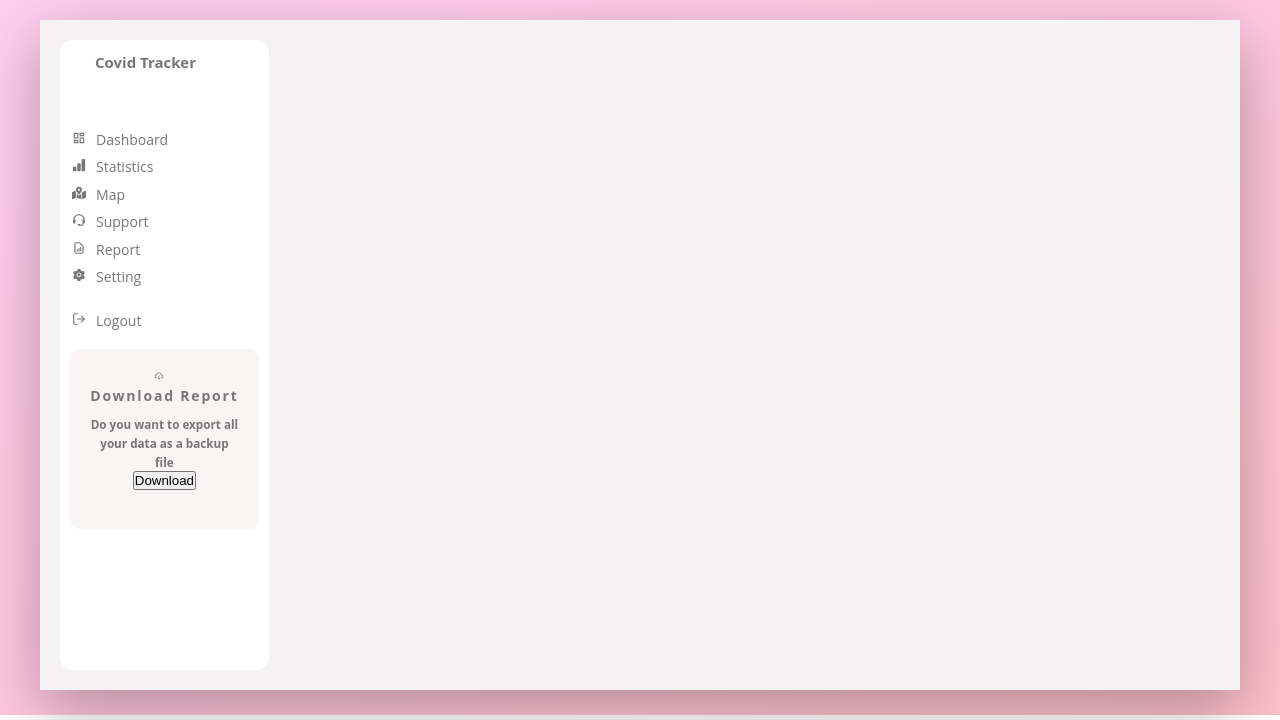
Repository: okidijimmy200/CovidAdminTracker
Page: /
The author's editor kept a copy of each file at every save. The page is drawn from the files as they stood at one save, then again after the next save.
The browser window is 1280 px wide. The pictures show the whole page.
The project was rebuilt for these pictures with package versions that can differ from the ones it lists, and the page was loaded fresh each time.

Above is the page before, as saved 2022-06-16 13:00:50.

### public/index.html
<!DOCTYPE html>
<html lang="en">
  <head>
    <meta charset="utf-8" />
    <link rel="icon" href="%PUBLIC_URL%/favicon.ico" />
    <meta name="viewport" content="width=device-width, initial-scale=1" />
    <meta name="theme-color" content="#000000" />
    <meta
      name="description"
      content="Web site created using create-react-app"
    />
    <link rel="apple-touch-icon" href="%PUBLIC_URL%/logo192.png" />
    <!--
      manifest.json provides metadata used when your web app is installed on a
      user's mobile device or desktop. See https://developers.google.com/web/fundamentals/web-app-manifest/
    -->
    <link rel="manifest" href="%PUBLIC_URL%/manifest.json" />
    <!--
      Notice the use of %PUBLIC_URL% in the tags above.
      It will be replaced with the URL of the `public` folder during the build.
      Only files inside the `public` folder can be referenced from the HTML.

      Unlike "/favicon.ico" or "favicon.ico", "%PUBLIC_URL%/favicon.ico" will
      work correctly both with client-side routing and a non-root public URL.
      Learn how to configure a non-root public URL by running `npm run build`.
    -->
    <title>Covid Admin Tracker</title>
  </head>
  <body>
    <noscript>You need to enable JavaScript to run this app.</noscript>
    <div id="root"></div>
    <!--
      This HTML file is a template.
      If you open it directly in the browser, you will see an empty page.

      You can add webfonts, meta tags, or analytics to this file.
      The build step will place the bundled scripts into the <body> tag.

      To begin the development, run `npm start` or `yarn start`.
      To create a production bundle, use `npm run build` or `yarn build`.
    -->
  </body>
</html>

### src/index.scss
:root {
  --color-primary:#eb2f64;
  --color-primary-light:#ffcff1;
  --color-primary-dark:#ffc1cc;
  --color-grey-light-1: #faf9f9;
  --color-grey-light-2: #f4f2f2;
  --color-grey-light-3: #f0eeee;
  --color-grey-light-4: #ccc;
  --color-grey-dark-1: #333;
  --color-grey-dark-2: #777;
  --color-grey-dark-3: #999;

  // creating variable for box
  --shadow-dark: 0 2rem 6rem rgba(0, 0, 0, 0.3);

  --shadow-light: 0 2rem 5rem rgba(0,0,0,.06);
}


* {
  margin: 0;
  padding: 0;
}
*,
*::before,
*::after {
  box-sizing: inherit;
}

html {
  box-sizing: border-box;
  font-size: 62.5%;

}

body {
  font-family: 'Open Sans', sans-serif;
  font-weight: 400;
  line-height: 1.6;
  color: var(--color-grey-dark-2);
  background-image: linear-gradient(to right bottom, var(--color-primary-light), var(--color-primary-dark));
  background-size: cover;
  background-repeat: no-repeat;
  min-height: 96.5vh;
}

### src/App.tsx
import React from 'react';
import Sidebar from './sidebar/sidebar';
import Content from './core/content';
import './App.scss';

function App() {
  return (
    <div data-testid='container' className="container">
      <div className="content">
      <Sidebar />
      <Content />
      </div>

    </div>
  );
}

export default App;

### src/sidebar/sidebar.tsx
import React from 'react'
import {MdOutlineDashboard  } from 'react-icons/md'
import { BsFillBarChartFill } from 'react-icons/bs'
import { FaMapMarkedAlt } from 'react-icons/fa'
import { BiSupport } from 'react-icons/bi'
import { HiOutlineDocumentReport } from 'react-icons/hi'
import { AiFillSetting } from 'react-icons/ai'
import { FiLogOut } from 'react-icons/fi'
import { AiOutlineCloudDownload } from 'react-icons/ai'

import './sidebar.scss'

export default function sidebar() {
  return (
    <>
    <nav className="sidebar">
        <h2 className='title'>Covid Tracker</h2>
        <div className='sidebar-flex'>
            <div>
            <ul className="side-nav">
            <li className="side-nav__item side-nav__item--active">
                <span className='side-nav__icon'><MdOutlineDashboard /></span>
                    <span>Dashboard</span>
            </li>
            <li className="side-nav__item">
                {/* <a href="#" class="side-nav__link"> */}
                    <span className="side-nav__icon">
                        <BsFillBarChartFill />
                        {/* <use xlink:href="img/spritspam#icon-aircraft-take-off"></use> */}
                    </span>
                    <span>Statistics</span>
                {/* </a> */}
            </li>
            <li className="side-nav__item">
                {/* <a href="#" class="side-nav__link"> */}
                    <span className="side-nav__icon">
                        <FaMapMarkedAlt />
                        {/* <use xlink:href="img/sprite.svg#icon-key"></use> */}
                    </span>
                    <span>Map</span>
                {/* </a> */}
            </li>
            <li className="side-nav__item">
                {/* <a href="#" className="side-nav__link"> */}
                    <span className="side-nav__icon">
                        {/* <use xlink:href="img/sprite.svg#icon-map"></use> */}
                        <BiSupport />
                    </span>
                    <span>Support</span>
                {/* </a> */}
            </li>
            <li className="side-nav__item">
                {/* <a href="#" className="side-nav__link"> */}
                    <span className="side-nav__icon">
                        {/* <use xlink:href="img/sprite.svg#icon-map"></use> */}
                        <HiOutlineDocumentReport />
                    </span>
                    <span>Report</span>
                {/* </a> */}
            </li>
            <li className="side-nav__item">
                {/* <a href="#" className="side-nav__link"> */}
                    <span className="side-nav__icon">
                        {/* <use xlink:href="img/sprite.svg#icon-map"></use> */}
                        <AiFillSetting />
                    </span>
                    <span>Setting</span>
                {/* </a> */}
            </li>
        </ul>
            </div>
            <div>
                <ul className="side-nav logout">
                <li className="side-nav__item">
                <span className="side-nav__icon">
                        <FiLogOut />
                    </span>
                <span>Logout</span>
            </li>
                </ul>

            </div>

        <div className="download">
            <div className='download__container'>
            <span className="side-nav__icon">
                <AiOutlineCloudDownload />
            </span>
            <h2 className='title__download'>Download Report</h2>
                <h3 className='text'>Do you want to export all your data as a backup file</h3>
            <button>Download</button>
            </div>

        </div>
        </div>
    </nav>
</>
  )
}

### src/core/content.tsx
import React from 'react'

import './content.scss'

export default function Content() {
  return (
    <main className="hotel-view">
    </main>
  )
}

### src/App.scss
.container {
  max-width: 120rem;
  // centering in the view port
  margin: 2rem auto;
  background-color: var(--color-grey-light-2);
  // box-shadow:;
  box-shadow: var(--shadow-dark);

  // min height for testing
  // min-height: 60rem;

}

.content {
  display: flex;
  min-height: 93vh;
  padding: 2rem;
}

### src/sidebar/sidebar.scss

.sidebar {
    // styling the sidebar
    background-color: #fff;
    // flex property to define width, grow 0, shrink 0
    flex: 0 0 18%;
    // to create alot of space in the container for legal text
    border-radius: 1.3rem;
}

.side-nav {
    // adding font size
    font-size: 1.4rem;
    list-style: none;
    margin-top: 3.5rem;


   &__item {
       // parent element set to relative to element the hover effect
       position: relative;
       cursor: pointer;
       margin-left: 1.2rem;

       // to create space btn the items
       &:not(:last-child) {
           margin-bottom: .5rem;
       }
   }

   // this shd be visible only when we hover the item
   &__item:hover::before,
   // to make one of the li items initially highlighted
   &__item--active::before {
       width: 100%;
   }

   // to show the item as selected
   &__item:active::before {
       background-color: #fff;
   }


   &__link:link,
   &__link:visited {
    //    color: var(--color-grey-light-1);
       text-decoration: none;
       text-transform: uppercase;
       display: inline-block;
       padding: 1.5rem 3rem;
       // z-index only works with positioning
       position: relative;
       z-index: 10;
       // to align items in straight line
       display: flex;
       align-items: center;
   }

   &__icon {
       // reduce size of icons
       width: 1.75rem;
       height: 1.75rem;
       margin-right: 1rem;
       // current color is the color of the current element
       fill:currentColor;
   }
}
.logout {
    margin-top: 2.2rem;
    margin-bottom: 1.6rem;
}
.sidebar-flex {
    display: flex;
    flex-direction: column;
    height: 45rem;
}
.title {
    padding: 1rem 2rem 2rem 3.5rem;
}

.download {
    border-radius: .9rem;
    background-color: #F9F5F4;
    height: 18rem;
    margin: 0 1rem;

    &__container {
        text-align: center;
        margin: 2rem;
    }
}
.title__download {
    font-size: 1.4rem;
    font-weight:bolder;
    letter-spacing: 1.8px;
    margin-bottom: .8rem;
}

.text {

}

### src/core/content.scss
.hotel-view {
    // background-color: #fff;
    // to make the hotel-view cover up the remaining space
    flex: 1;
    margin-left: 2rem;
}

Loaded but not shown: src/index.tsx (common file); src/reportWebVitals.ts (common file)

After the next save:
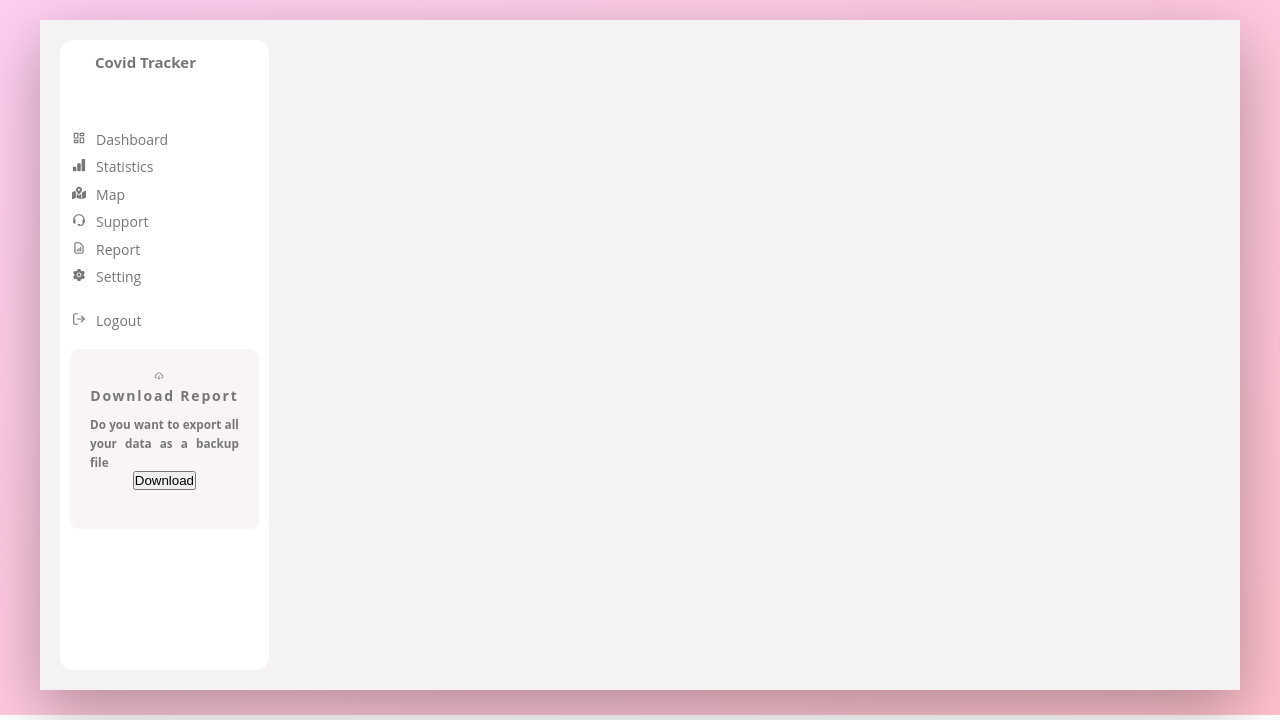
Saved 5 s later.
--- a/src/sidebar/sidebar.scss
+++ b/src/sidebar/sidebar.scss
@@ -96,5 +96,5 @@
 }
 
 .text {
-
+    text-align: justify;
 }
